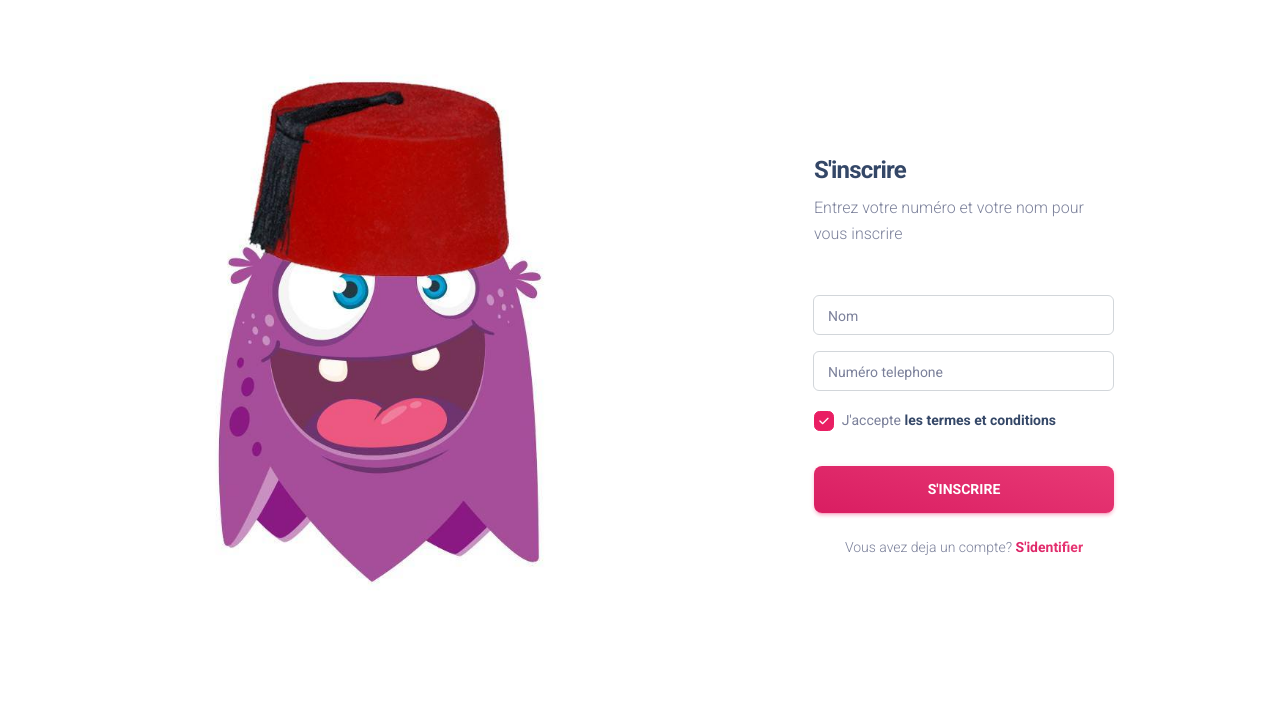
Repository: mohamedaliamri/atlasweb
Page: http://localhost/atlasweb/material-dashboard-master/pages/sign-up.jsp
These files come from the project's save history. The page is drawn as it stood at one moment and after the next save; the edit follows.
The browser window is 1280 px wide. The pictures show the whole page.
Some web libraries are served in a nearby version. The page is served by Tomcat 9. Other server files are loaded and not shown.

Above is the page before, as saved 2022-04-09 20:43:31.

### atlasweb/src/main/webapp/material-dashboard-master/pages/sign-up.jsp
<%@ page language="java" contentType="text/html; charset=UTF-8"
    pageEncoding="UTF-8"%>

<!DOCTYPE html>
<html lang="en">

<head>
  <meta charset="utf-8" />
  <meta name="viewport" content="width=device-width, initial-scale=1, shrink-to-fit=no">
  <link rel="apple-touch-icon" sizes="76x76" href="../assets/img/apple-icon.png">
  <link rel="icon" type="image/png" href="../assets/img/favicon.png">
  <title>
    ATLAS WORLD
  </title>
  <!--     Fonts and icons     -->
  <link rel="stylesheet" type="text/css" href="https://fonts.googleapis.com/css?family=Roboto:300,400,500,700,900|Roboto+Slab:400,700" />
  <!-- Nucleo Icons -->
  <link href="../assets/css/nucleo-icons.css" rel="stylesheet" />
  <link href="../assets/css/nucleo-svg.css" rel="stylesheet" />
  <link href="../assets/css/signup.css" rel="stylesheet" />
  <!-- Font Awesome Icons -->
  <script src="https://kit.fontawesome.com/42d5adcbca.js" crossorigin="anonymous"></script>
  <!-- Material Icons -->
  <link href="https://fonts.googleapis.com/icon?family=Material+Icons+Round" rel="stylesheet">
  <!-- CSS Files -->
  <link id="pagestyle" href="../assets/css/material-dashboard.css?v=3.0.1" rel="stylesheet" />
</head>

<body class="">
  <div class="container position-sticky z-index-sticky top-0">
    <div class="row">
      <div class="col-12">
      </div>
    </div>
  </div>
  <main class="main-content  mt-0">
    <section>
      <div class="page-header min-vh-100">
        <div class="container">
          <div class="row">
            <div class="col-7 d-lg-flex d-none h-100 my-auto pe-0 position-absolute top-0 start-0 text-center justify-content-center flex-column">
              <div class="position-relative bg-gradient-primary h-100 m-3 px-7 border-radius-lg d-flex flex-column justify-content-center" style="background-image: url('../assets/img/illustrations/signup.jpg'); background-size: cover;">
              </div>
            </div>
            <div class="col-xl-4 col-lg-5 col-md-7 d-flex flex-column ms-auto me-auto ms-lg-auto me-lg-5">
              <div class="card card-plain">
                <div class="card-header">
                  <h4 class="font-weight-bolder">S'inscrire</h4>
                  <p class="mb-0">Entrez votre numéro et votre nom pour vous inscrire</p>
                </div>
                <div class="card-body">
                  <form role="form" method="post" action="http://localhost:8080/atlasweb/add">
                    <div class="input-group input-group-outline mb-3">
                      <label class="form-label">Nom</label>
                      <input type="text" class="form-control" name="name">
                    </div>
                    <div class="input-group input-group-outline mb-3">
                      <label class="form-label">Numéro telephone</label>
                      <input type="text" class="form-control"  name="phonenumber">
                    </div>
                    <div class="form-check form-check-info text-start ps-0">
                      <input class="form-check-input" type="checkbox" value="" id="flexCheckDefault" checked>
                      <label class="form-check-label" for="flexCheckDefault">
                        J'accepte <a href="javascript:;" class="text-dark font-weight-bolder">les termes et conditions</a>
                      </label>
                    </div>
                    <div class="text-center">
                      <button type="submit" class="btn btn-lg bg-gradient-primary btn-lg w-100 mt-4 mb-0" name="method" value="signup">S'inscrire</button>
                    </div>
                  </form>
                </div>
                <div class="card-footer text-center pt-0 px-lg-2 px-1">
                  <p class="mb-2 text-sm mx-auto">
                    Vous avez deja un compte?
                    <a href="../pages/sign-in.jsp" class="text-primary text-gradient font-weight-bold">S'identifier</a>
                  </p>
                </div>
              </div>
            </div>
          </div>
        </div>
      </div>
    </section>
  </main>
  <!--   Core JS Files   -->
  <script src="../assets/js/core/popper.min.js"></script>
  <script src="../assets/js/core/bootstrap.min.js"></script>
  <script src="../assets/js/plugins/perfect-scrollbar.min.js"></script>
  <script src="../assets/js/plugins/smooth-scrollbar.min.js"></script>
  <script>
    var win = navigator.platform.indexOf('Win') > -1;
    if (win && document.querySelector('#sidenav-scrollbar')) {
      var options = {
        damping: '0.5'
      }
      Scrollbar.init(document.querySelector('#sidenav-scrollbar'), options);
    }
  </script>
  <!-- Github buttons -->
  <script async defer src="https://buttons.github.io/buttons.js"></script>
  <!-- Control Center for Material Dashboard: parallax effects, scripts for the example pages etc -->
  <script src="../assets/js/material-dashboard.min.js?v=3.0.1"></script>
</body>

</html>

### atlasweb/src/main/webapp/material-dashboard-master/assets/css/nucleo-icons.css
/*--------------------------------

hermes-dashboard-icons Web Font - built using nucleoapp.com
License - nucleoapp.com/license/

-------------------------------- */
@font-face {
  font-family: 'NucleoIcons';
  src: url('../fonts/nucleo-icons.eot');
  src: url('../fonts/nucleo-icons.eot') format('embedded-opentype'), url('../fonts/nucleo-icons.woff2') format('woff2'), url('../fonts/nucleo-icons.woff') format('woff'), url('../fonts/nucleo-icons.ttf') format('truetype'), url('../fonts/nucleo-icons.svg') format('svg');
  font-weight: normal;
  font-style: normal;
}

/*------------------------
    base class definition
-------------------------*/
.ni {
  display: inline-block;
  font: normal normal normal 14px/1 NucleoIcons;
  font-size: inherit;
  text-rendering: auto;
  -webkit-font-smoothing: antialiased;
  -moz-osx-font-smoothing: grayscale;
}

/*------------------------
  change icon size
-------------------------*/
.ni-lg {
  font-size: 1.33333333em;
  line-height: 0.75em;
  vertical-align: -15%;
}

.ni-2x {
  font-size: 2em;
}

.ni-3x {
  font-size: 3em;
}

.ni-4x {
  font-size: 4em;
}

.ni-5x {
  font-size: 5em;
}

/*----------------------------------
  add a square/circle background
-----------------------------------*/
.ni.square,
.ni.circle {
  padding: 0.33333333em;
  vertical-align: -16%;
  background-color: #eee;
}

.ni.circle {
  border-radius: 50%;
}

/*------------------------
  list icons
-------------------------*/
.ni-ul {
  padding-left: 0;
  margin-left: 2.14285714em;
  list-style-type: none;
}

.ni-ul>li {
  position: relative;
}

.ni-ul>li>.ni {
  position: absolute;
  left: -1.57142857em;
  top: 0.14285714em;
  text-align: center;
}

.ni-ul>li>.ni.lg {
  top: 0;
  left: -1.35714286em;
}

.ni-ul>li>.ni.circle,
.ni-ul>li>.ni.square {
  top: -0.19047619em;
  left: -1.9047619em;
}

/*------------------------
  spinning icons
-------------------------*/
.ni.spin {
  -webkit-animation: nc-spin 2s infinite linear;
  -moz-animation: nc-spin 2s infinite linear;
  animation: nc-spin 2s infinite linear;
}

@-webkit-keyframes nc-spin {
  0% {
    -webkit-transform: rotate(0deg);
  }

  100% {
    -webkit-transform: rotate(360deg);
  }
}

@-moz-keyframes nc-spin {
  0% {
    -moz-transform: rotate(0deg);
  }

  100% {
    -moz-transform: rotate(360deg);
  }
}

@keyframes nc-spin {
  0% {
    -webkit-transform: rotate(0deg);
    -moz-transform: rotate(0deg);
    -ms-transform: rotate(0deg);
    -o-transform: rotate(0deg);
    transform: rotate(0deg);
  }

  100% {
    -webkit-transform: rotate(360deg);
    -moz-transform: rotate(360deg);
    -ms-transform: rotate(360deg);
    -o-transform: rotate(360deg);
    transform: rotate(360deg);
  }
}

/*------------------------
  rotated/flipped icons
-------------------------*/
.ni.rotate-90 {
  filter: progid:DXImageTransform.Microsoft.BasicImage(rotation=1);
  -webkit-transform: rotate(90deg);
  -moz-transform: rotate(90deg);
  -ms-transform: rotate(90deg);
  -o-transform: rotate(90deg);
  transform: rotate(90deg);
}

.ni.rotate-180 {
  filter: progid:DXImageTransform.Microsoft.BasicImage(rotation=2);
  -webkit-transform: rotate(180deg);
  -moz-transform: rotate(180deg);
  -ms-transform: rotate(180deg);
  -o-transform: rotate(180deg);
  transform: rotate(180deg);
}

.ni.rotate-270 {
  filter: progid:DXImageTransform.Microsoft.BasicImage(rotation=3);
  -webkit-transform: rotate(270deg);
  -moz-transform: rotate(270deg);
  -ms-transform: rotate(270deg);
  -o-transform: rotate(270deg);
  transform: rotate(270deg);
}

.ni.flip-y {
  filter: progid:DXImageTransform.Microsoft.BasicImage(rotation=0);
  -webkit-transform: scale(-1, 1);
  -moz-transform: scale(-1, 1);
  -ms-transform: scale(-1, 1);
  -o-transform: scale(-1, 1);
  transform: scale(-1, 1);
}

.ni.flip-x {
  filter: progid:DXImageTransform.Microsoft.BasicImage(rotation=2);
  -webkit-transform: scale(1, -1);
  -moz-transform: scale(1, -1);
  -ms-transform: scale(1, -1);
  -o-transform: scale(1, -1);
  transform: scale(1, -1);
}

/*------------------------
    font icons
-------------------------*/

.ni-active-40::before {
  content: "\ea02";
}

.ni-air-baloon::before {
  content: "\ea03";
}

.ni-album-2::before {
  content: "\ea04";
}

.ni-align-center::before {
  content: "\ea05";
}

.ni-align-left-2::before {
  content: "\ea06";
}

.ni-ambulance::before {
  content: "\ea07";
}

.ni-app::before {
  content: "\ea08";
}

.ni-archive-2::before {
  content: "\ea09";
}

.ni-atom::before {
  content: "\ea0a";
}

.ni-badge::before {
  content: "\ea0b";
}

.ni-bag-17::before {
  content: "\ea0c";
}

.ni-basket::before {
  content: "\ea0d";
}

.ni-bell-55::before {
  content: "\ea0e";
}

.ni-bold-down::before {
  content: "\ea0f";
}

.ni-bold-left::before {
  content: "\ea10";
}

.ni-bold-right::before {
  content: "\ea11";
}

.ni-bold-up::before {
  content: "\ea12";
}

.ni-bold::before {
  content: "\ea13";
}

.ni-book-bookmark::before {
  content: "\ea14";
}

.ni-books::before {
  content: "\ea15";
}

.ni-box-2::before {
  content: "\ea16";
}

.ni-briefcase-24::before {
  content: "\ea17";
}

.ni-building::before {
  content: "\ea18";
}

.ni-bulb-61::before {
  content: "\ea19";
}

.ni-bullet-list-67::before {
  content: "\ea1a";
}

.ni-bus-front-12::before {
  content: "\ea1b";
}

.ni-button-pause::before {
  content: "\ea1c";
}

.ni-button-play::before {
  content: "\ea1d";
}

.ni-button-power::before {
  content: "\ea1e";
}

.ni-calendar-grid-58::before {
  content: "\ea1f";
}

.ni-camera-compact::before {
  content: "\ea20";
}

.ni-caps-small::before {
  content: "\ea21";
}

.ni-cart::before {
  content: "\ea22";
}

.ni-chart-bar-32::before {
  content: "\ea23";
}

.ni-chart-pie-35::before {
  content: "\ea24";
}

.ni-chat-round::before {
  content: "\ea25";
}

.ni-check-bold::before {
  content: "\ea26";
}

.ni-circle-08::before {
  content: "\ea27";
}

.ni-cloud-download-95::before {
  content: "\ea28";
}

.ni-cloud-upload-96::before {
  content: "\ea29";
}

.ni-compass-04::before {
  content: "\ea2a";
}

.ni-controller::before {
  content: "\ea2b";
}

.ni-credit-card::before {
  content: "\ea2c";
}

.ni-curved-next::before {
  content: "\ea2d";
}

.ni-delivery-fast::before {
  content: "\ea2e";
}

.ni-diamond::before {
  content: "\ea2f";
}

.ni-email-83::before {
  content: "\ea30";
}

.ni-fat-add::before {
  content: "\ea31";
}

.ni-fat-delete::before {
  content: "\ea32";
}

.ni-fat-remove::before {
  content: "\ea33";
}

.ni-favourite-28::before {
  content: "\ea34";
}

.ni-folder-17::before {
  content: "\ea35";
}

.ni-glasses-2::before {
  content: "\ea36";
}

.ni-hat-3::before {
  content: "\ea37";
}

.ni-headphones::before {
  content: "\ea38";
}

.ni-html5::before {
  content: "\ea39";
}

.ni-istanbul::before {
  content: "\ea3a";
}

.ni-key-25::before {
  content: "\ea3b";
}

.ni-laptop::before {
  content: "\ea3c";
}

.ni-like-2::before {
  content: "\ea3d";
}

.ni-lock-circle-open::before {
  content: "\ea3e";
}

.ni-map-big::before {
  content: "\ea3f";
}

.ni-mobile-button::before {
  content: "\ea40";
}

.ni-money-coins::before {
  content: "\ea41";
}

.ni-note-03::before {
  content: "\ea42";
}

.ni-notification-70::before {
  content: "\ea43";
}

.ni-palette::before {
  content: "\ea44";
}

.ni-paper-diploma::before {
  content: "\ea45";
}

.ni-pin-3::before {
  content: "\ea46";
}

.ni-planet::before {
  content: "\ea47";
}

.ni-ruler-pencil::before {
  content: "\ea48";
}

.ni-satisfied::before {
  content: "\ea49";
}

.ni-scissors::before {
  content: "\ea4a";
}

.ni-send::before {
  content: "\ea4b";
}

.ni-settings-gear-65::before {
  content: "\ea4c";
}

.ni-settings::before {
  content: "\ea4d";
}

.ni-single-02::before {
  content: "\ea4e";
}

.ni-single-copy-04::before {
  content: "\ea4f";
}

.ni-sound-wave::before {
  content: "\ea50";
}

.ni-spaceship::before {
  content: "\ea51";
}

.ni-square-pin::before {
  content: "\ea52";
}

.ni-support-16::before {
  content: "\ea53";
}

.ni-tablet-button::before {
  content: "\ea54";
}

.ni-tag::before {
  content: "\ea55";
}

.ni-tie-bow::before {
  content: "\ea56";
}

.ni-time-alarm::before {
  content: "\ea57";
}

.ni-trophy::before {
  content: "\ea58";
}

.ni-tv-2::before {
  content: "\ea59";
}

.ni-umbrella-13::before {
  content: "\ea5a";
}

.ni-user-run::before {
  content: "\ea5b";
}

.ni-vector::before {
  content: "\ea5c";
}

.ni-watch-time::before {
  content: "\ea5d";
}

.ni-world::before {
  content: "\ea5e";
}

.ni-zoom-split-in::before {
  content: "\ea5f";
}

.ni-collection::before {
  content: "\ea60";
}

.ni-image::before {
  content: "\ea61";
}

.ni-shop::before {
  content: "\ea62";
}

.ni-ungroup::before {
  content: "\ea63";
}

.ni-world-2::before {
  content: "\ea64";
}

.ni-ui-04::before {
  content: "\ea65";
}


/* all icon font classes list here */

### atlasweb/src/main/webapp/material-dashboard-master/assets/css/nucleo-svg.css
/* Generated using nucleoapp.com */
/* --------------------------------

Icon colors

-------------------------------- */

.icon {
  display: inline-block;
  /* icon primary color */
  color: #111111;
  height: 1em;
  width: 1em;
}

.icon use {
  /* icon secondary color - fill */
  fill: #7ea6f6;
}

.icon.icon-outline use {
  /* icon secondary color - stroke */
  stroke: #7ea6f6;
}

/* --------------------------------

Change icon size

-------------------------------- */

.icon-xs {
  height: 0.5em;
  width: 0.5em;
}

.icon-sm {
  height: 0.8em;
  width: 0.8em;
}

.icon-lg {
  height: 1.6em;
  width: 1.6em;
}

.icon-xl {
  height: 2em;
  width: 2em;
}

/* --------------------------------

Align icon and text

-------------------------------- */

.icon-text-aligner {
  /* add this class to parent element that contains icon + text */
  display: flex;
  align-items: center;
}

.icon-text-aligner .icon {
  color: inherit;
  margin-right: 0.4em;
}

.icon-text-aligner .icon use {
  color: inherit;
  fill: currentColor;
}

.icon-text-aligner .icon.icon-outline use {
  stroke: currentColor;
}

/* --------------------------------

Icon reset values - used to enable color customizations

-------------------------------- */

.icon {
  fill: currentColor;
  stroke: none;
}

.icon.icon-outline {
  fill: none;
  stroke: currentColor;
}

.icon use {
  stroke: none;
}

.icon.icon-outline use {
  fill: none;
}

/* --------------------------------

Stroke effects - Nucleo outline icons

- 16px icons -> up to 1px stroke (16px outline icons do not support stroke changes)
- 24px, 32px icons -> up to 2px stroke
- 48px, 64px icons -> up to 4px stroke

-------------------------------- */

.icon-outline.icon-stroke-1 {
  stroke-width: 1px;
}

.icon-outline.icon-stroke-2 {
  stroke-width: 2px;
}

.icon-outline.icon-stroke-3 {
  stroke-width: 3px;
}

.icon-outline.icon-stroke-4 {
  stroke-width: 4px;
}

.icon-outline.icon-stroke-1 use,
.icon-outline.icon-stroke-3 use {
  -webkit-transform: translateX(0.5px) translateY(0.5px);
  -moz-transform: translateX(0.5px) translateY(0.5px);
  -ms-transform: translateX(0.5px) translateY(0.5px);
  -o-transform: translateX(0.5px) translateY(0.5px);
  transform: translateX(0.5px) translateY(0.5px);
}

### atlasweb/src/main/webapp/material-dashboard-master/assets/css/signup.css
#gradient {
  border: 5px solid;
  border-image: linear-gradient(red, yellow) 10;
  padding: 20px;
}

Loaded but not shown: atlasweb/src/main/webapp/material-dashboard-master/assets/css/material-dashboard.css (library); atlasweb/src/main/webapp/material-dashboard-master/assets/js/core/popper.min.js (library); atlasweb/src/main/webapp/material-dashboard-master/assets/js/core/bootstrap.min.js (library); atlasweb/src/main/webapp/material-dashboard-master/assets/js/plugins/perfect-scrollbar.min.js (library); atlasweb/src/main/webapp/material-dashboard-master/assets/js/plugins/smooth-scrollbar.min.js (library); atlasweb/src/main/webapp/material-dashboard-master/assets/js/material-dashboard.min.js (library)

After the next save:
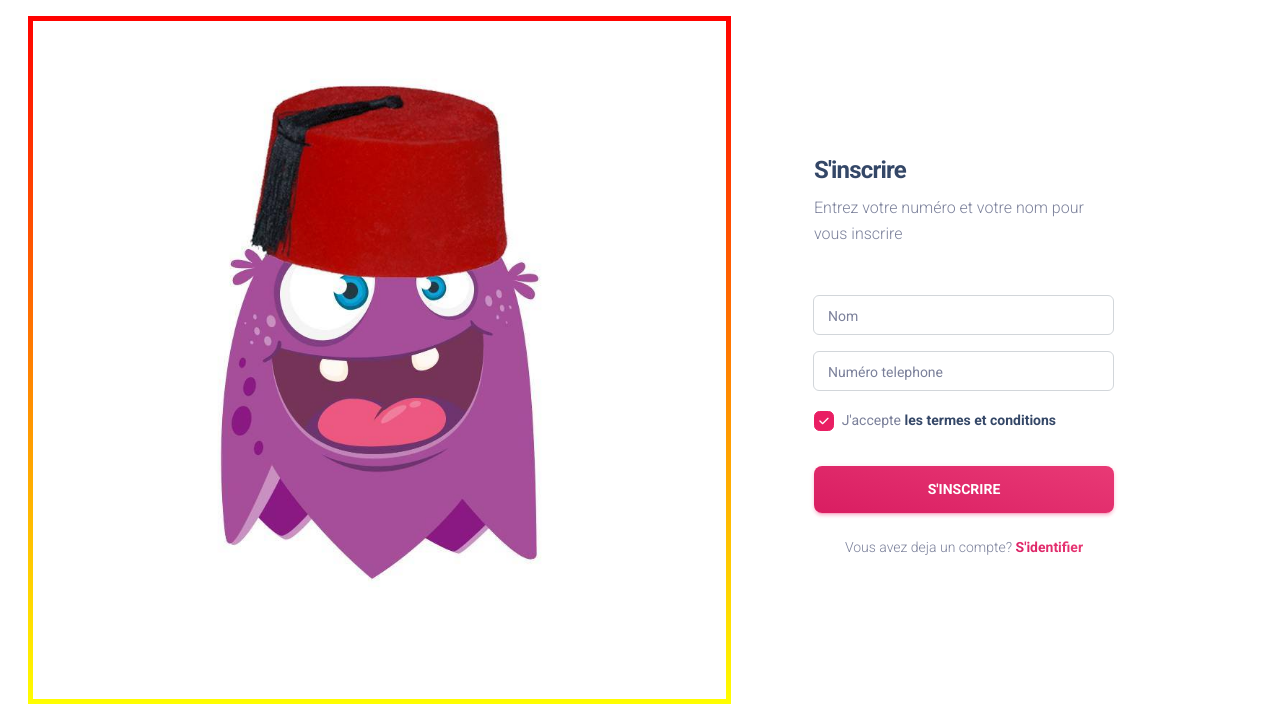
Saved 29 s later.
--- a/atlasweb/src/main/webapp/material-dashboard-master/pages/sign-up.jsp
+++ b/atlasweb/src/main/webapp/material-dashboard-master/pages/sign-up.jsp
@@ -39,7 +39,7 @@
         <div class="container">
           <div class="row">
             <div class="col-7 d-lg-flex d-none h-100 my-auto pe-0 position-absolute top-0 start-0 text-center justify-content-center flex-column">
-              <div class="position-relative bg-gradient-primary h-100 m-3 px-7 border-radius-lg d-flex flex-column justify-content-center" style="background-image: url('../assets/img/illustrations/signup.jpg'); background-size: cover;">
+              <div id="gradient" class="position-relative bg-gradient-primary h-100 m-3 px-7 border-radius-lg d-flex flex-column justify-content-center" style="background-image: url('../assets/img/illustrations/signup.jpg'); background-size: cover;">
               </div>
             </div>
             <div class="col-xl-4 col-lg-5 col-md-7 d-flex flex-column ms-auto me-auto ms-lg-auto me-lg-5">
